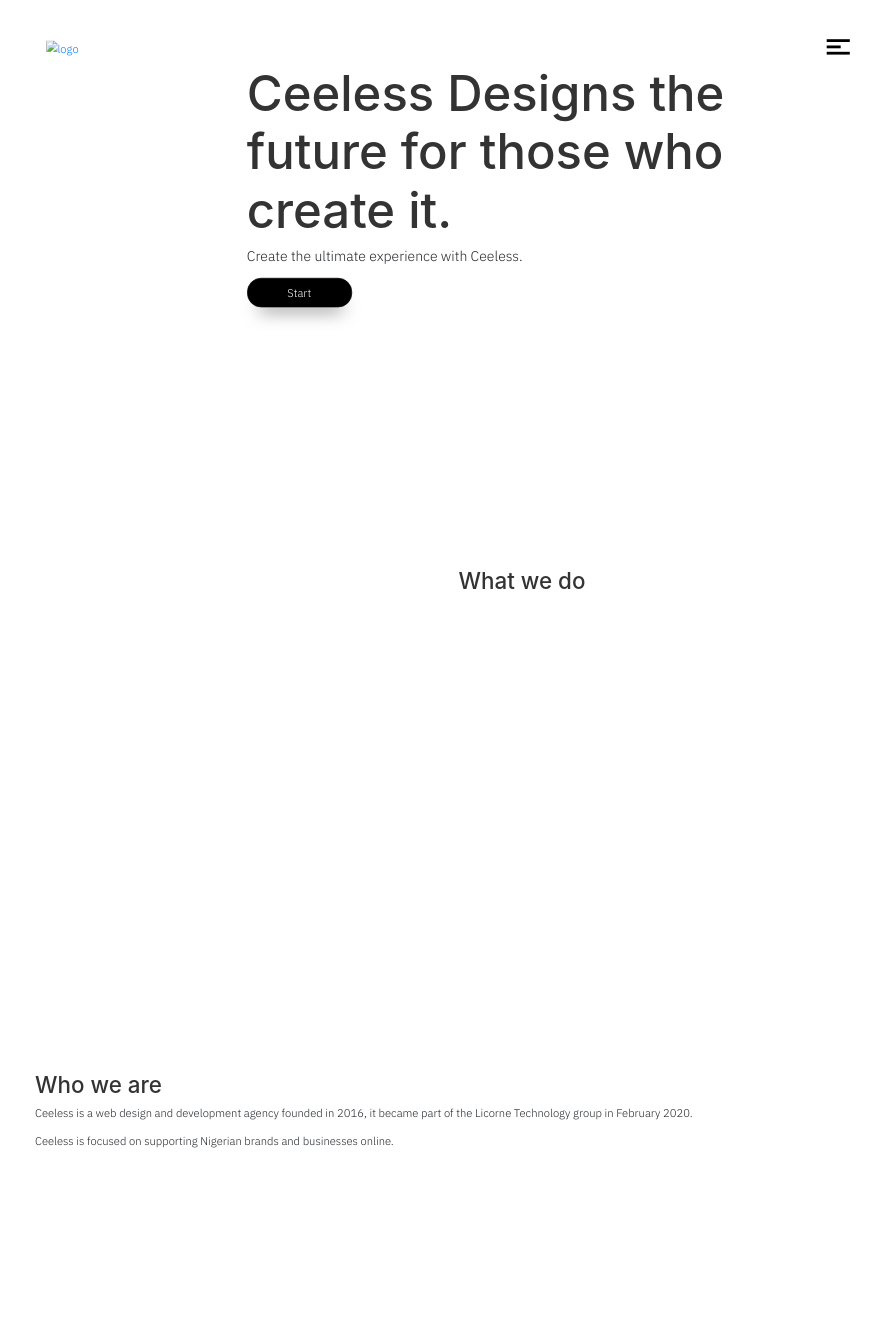
Repository: Licorne-Technologies/Ceeless-v2
Page: index.html
The author's editor kept a copy of each file at every save. The page is drawn from the files as they stood at one save, then again after the next save.
The browser window is 1280 px wide. The pictures show the part of the page from y = 0 to 1920 px (the page is 3037 px tall), at 70% of full size.
Some web libraries are served in a nearby version. The style sheet was rebuilt from its Sass, Less or Tailwind sources for each picture, by a compiler version that may differ from the author's.

Above is the page before, as saved 2020-06-15 12:46:42.

After the next save:
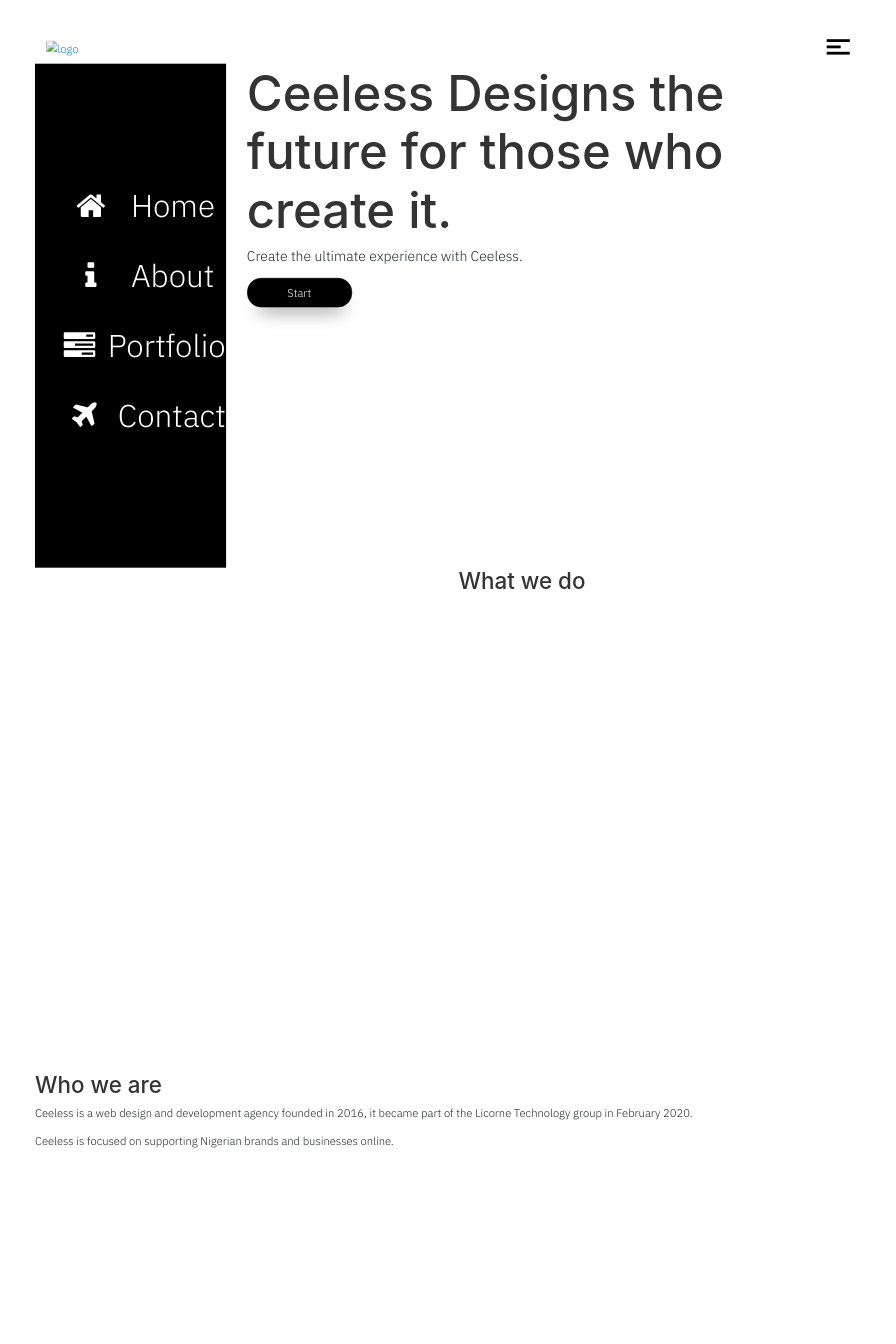
Saved 25 s later.
--- a/index.html
+++ b/index.html
@@ -66,6 +66,22 @@
         <div class="row">
             <div class="col-3">
                 <!--Menu icons-->
+                <div class="menuItems">
+                    <ul class="menuList">
+                        <li>
+                            <a href="index.html" class="active"><i class="fa fa-home"></i>Home</a>
+                        </li>
+                        <li>
+                            <a href="#"><i class="fa fa-info"></i>About</a>
+                        </li>
+                        <li>
+                            <a href="#"><i class="fa fa-tasks" aria-hidden="true"></i>Portfolio</a>
+                        </li>
+                        <li>
+                            <a href="#"><i class="fa fa-plane"></i>Contact</a>
+                        </li>
+                    </ul>
+                </div>
             </div>
             <div class="col-9">
                 <div class="message">
